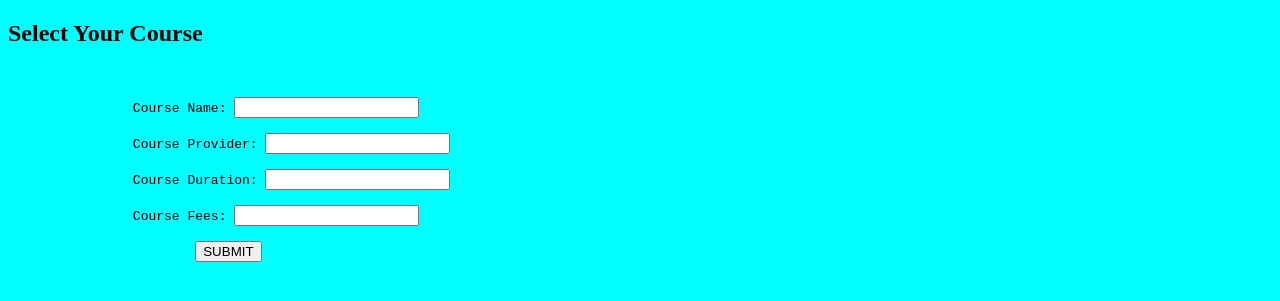
Repository: PallaviWalve/Advance-Java
Page: JavaEE_TODOs/src/main/webapp/WEB-INF/create_course.html
An editor plug-in stored every save of this project. The page is shown before and after the next save, followed by the edit.
The browser window is 1280 px wide. The pictures show the whole page.

Above is the page before, as saved 2024-06-05 10:07:42.

After the next save:
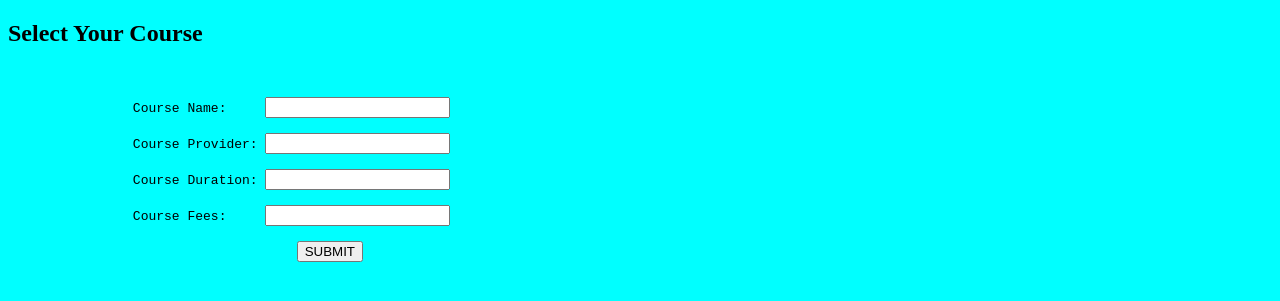
Saved 29 s later.
--- a/JavaEE_TODOs/src/main/webapp/WEB-INF/create_course.html
+++ b/JavaEE_TODOs/src/main/webapp/WEB-INF/create_course.html
@@ -13,15 +13,15 @@
   				<option value="Core Java">Core Java</option>
 		</select>-->
 
-		Course Name: <input type="text" name="course_name"/>
+		Course Name: 	 <input type="text" name="course_name"/>
 
 		Course Provider: <input type="text" name="course_provider"/>
 
 		Course Duration: <input type="number" name="course_duration"/>
 
-		Course Fees: <input type="number" name="course_fees"/>
+		Course Fees:     <input type="number" name="course_fees"/>
 
-			<input type="submit" value = "SUBMIT"/>
+			             <input type="submit" value = "SUBMIT"/>
 
 		</pre>
 	</form>
